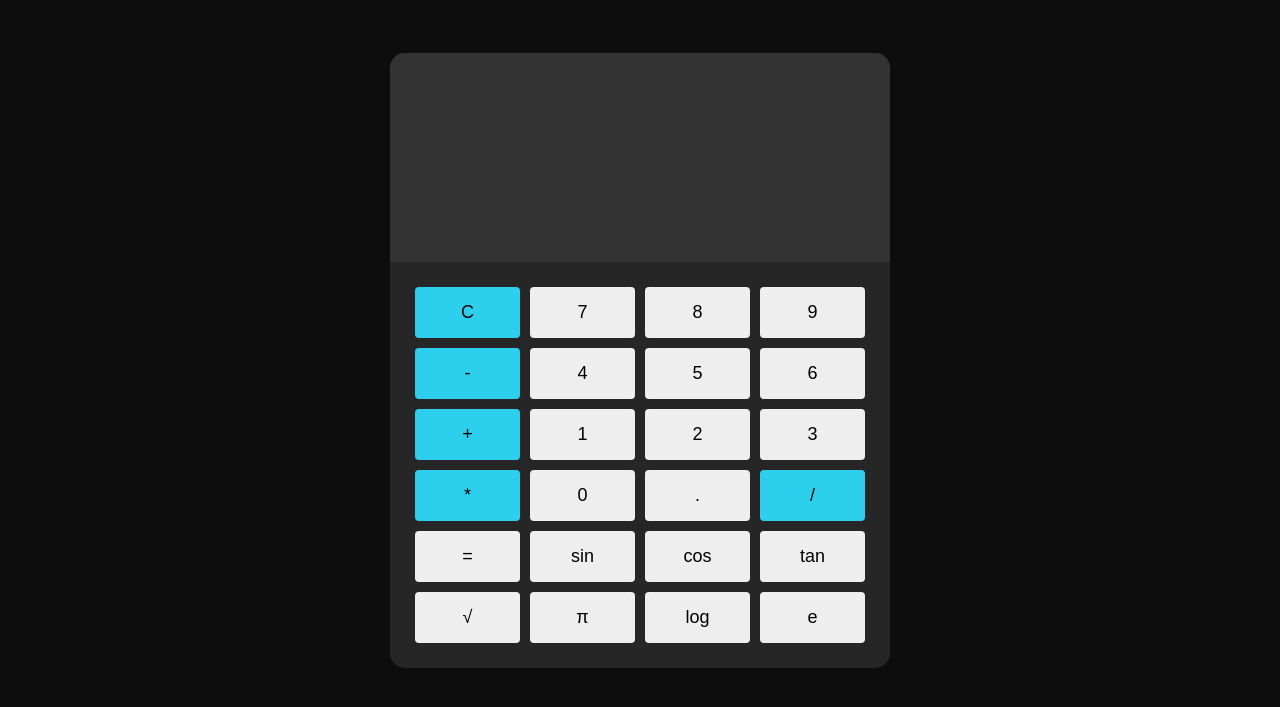
Repository: Haakim19/JavaScript
Page: Calculater/Main.html
The author's editor kept a copy of each file at every save. The page is drawn from the files as they stood at one save, then again after the next save.
The browser window is 1280 px wide. The pictures show the whole page.

Above is the page before, as saved 2024-10-23 10:18:32.

After the next save:
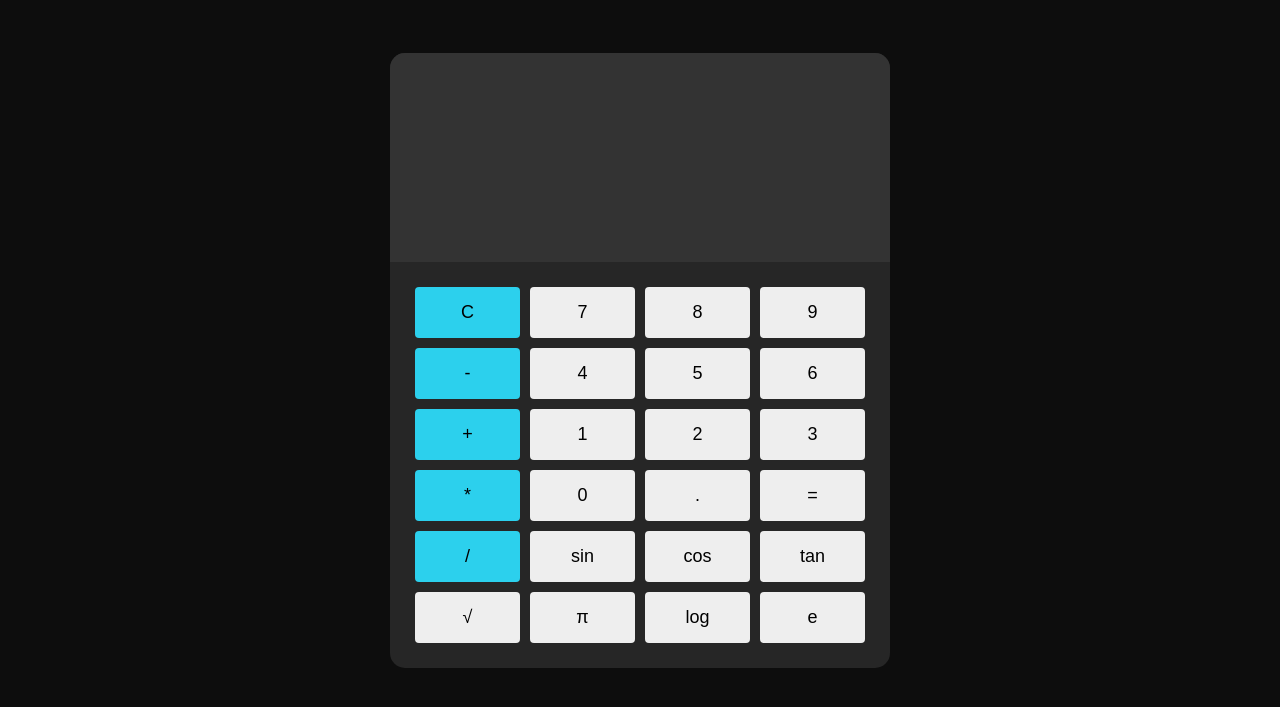
Saved 4 s later.
--- a/Calculater/Main.html
+++ b/Calculater/Main.html
@@ -27,8 +27,8 @@
                 <button onclick="appentToDisplay('*')" class="operator-btn">*</button>
                 <button onclick="appentToDisplay('0')">0</button>
                 <button onclick="appentToDisplay('.')" >.</button>
+                <button onclick="calculate()" >=</button>
                 <button onclick="appentToDisplay('/')" class="operator-btn">/</button>
-                <button onclick="calculate()" >=</button>
                 <button onclick="appentToDisplay('Math.sin()')">sin</button>
                 <button onclick="appentToDisplay('Math.cos()')">cos</button>
                 <button onclick="appentToDisplay('Math.tan()')">tan</button>
